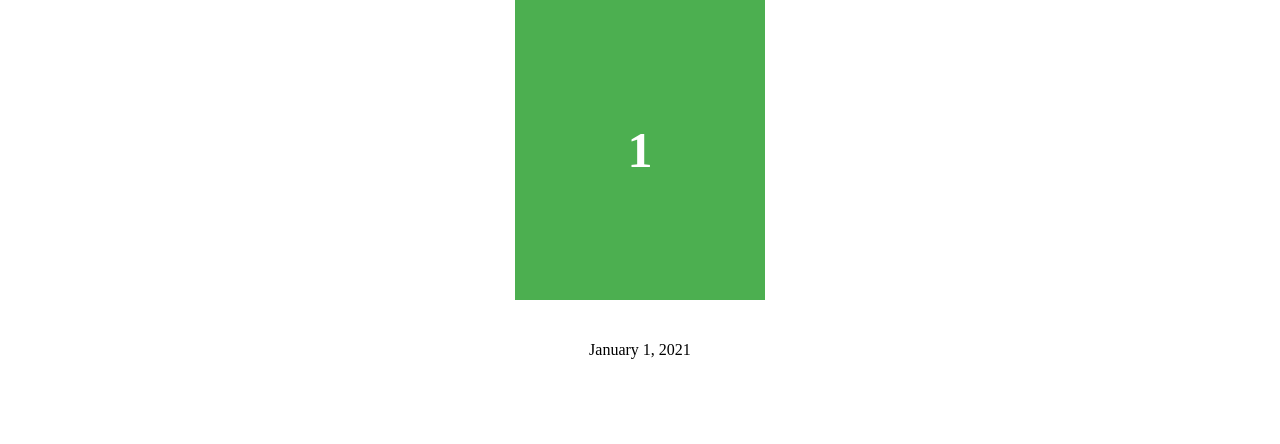
Repository: Tan-Khang21/TH_TKW--Buoi_07
Page: Bai_Tap_Tren_lop/Bai_01/Shadow4.html
These files come from the project's save history. The page is drawn as it stood at one moment and after the next save; the edit follows.
The browser window is 1280 px wide. The pictures show the whole page.

Above is the page before, as saved 2024-03-12 16:03:47.

After the next save:
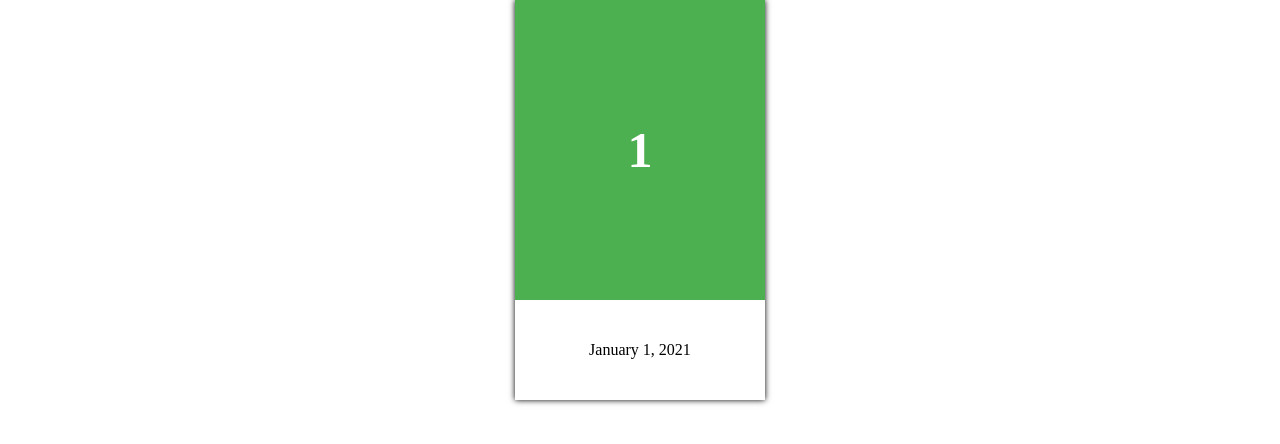
Saved 10 s later.
--- a/Bai_Tap_Tren_lop/Bai_01/style.css
+++ b/Bai_Tap_Tren_lop/Bai_01/style.css
@@ -7,6 +7,7 @@ body {
 .container {
   width: 250px;
   margin: 0 auto;
+  box-shadow: 0 0 6px black;
 }
 .number {
   width: 100%;
